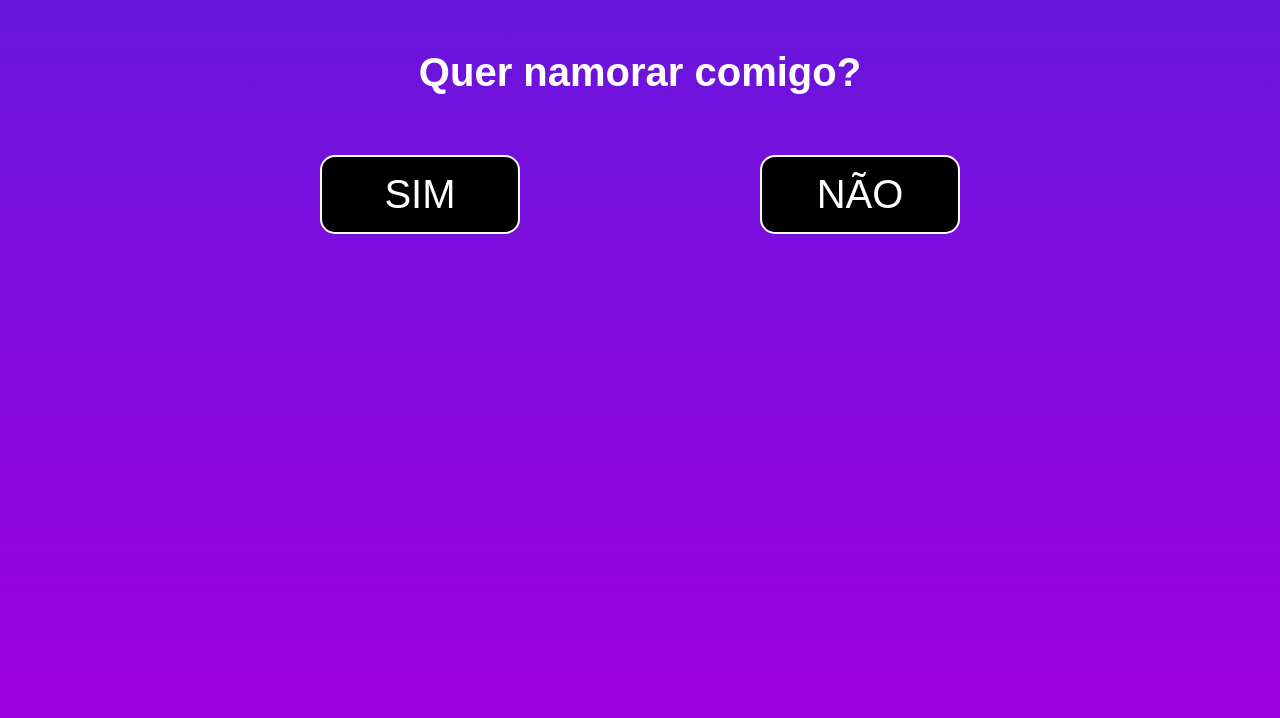
Repository: Matheus904-12/Namorar-
Page: index.html
An editor plug-in stored every save of this project. The page is shown before and after the next save, followed by the edit.
The browser window is 1280 px wide. The pictures show the whole page.

Above is the page before, as saved 2023-08-28 23:32:53.

### index.html
<!DOCTYPE html>
<html lang="en">

<head>
    <meta charset="UTF-8">
    <meta name="viewport" content="width=device-width, initial-scale=1.0">
    <title>Sim</title>

    <style>
        * {
            margin: 0;
            border: 0;
            padding: 0;
            box-sizing: border-box;
        }

        body {
            background: linear-gradient(#6815db, rgb(158, 0, 225));
            background-repeat: no-repeat;
            background-attachment: fixed;
        }

        .btn {
            color: #fff;
            background-color: #000;
            font: 300 40px 'Poppins', sans-serif;
            padding: 15px 30px;

            width: 200px;
            border-radius: 15px;
            border: 2px solid #fff;
            margin: 10px;

            cursor: pointer;
            transition: ease-in-out 0.3s;

            display: flex;
            align-items: center;
            justify-content: center;
        }

        .tituloPrincipal {
            font: 700 40px 'Poppins', sans-serif;
            color: #fff;
        }

        .titulo {
            text-align: center;
            margin: 50px 0;
        }

        .botoes {
            display: flex;
            justify-content: space-around;
            margin: 0 200px;
        }

        @media screen and (max-width: 768px) {
            .btn {
                display: flex;
                width: 100px;
                font: 300 30px 'Poppins', sans-serif;
            }

            .botoes {
                display: flex;
            }
        }
    </style>
    <script>
        function sim() {
            location.href = 'https://www.youtube.com/watch?v=0VAAS9xnS5U';
        }

        function esquivo(btn) {
            btn.style.position = 'absolute';
            btn.style.bottom = posicao(10, 80);
            btn.style.left = posicao(10, 80);
        }

        function posicao(min, max) {
            return (Math.random() * (max - min + min)) + "%"
        }
    </script>
</head>

<body>
    <div class="titulo">
        <h1 class="tituloPrincipal">Quer namorar comigo?</h1>
    </div>

    <div class="botoes">
        <div class="botaoS">
            <button class="btn" onclick="sim()">SIM</button>
        </div>
        <div class="botaoN">
            <button class="btn" onclick="esquivo(this)" onmouseover="esquivo(this)">NÃO</button>
        </div>
    </div>

</body>

</html>

After the next save:
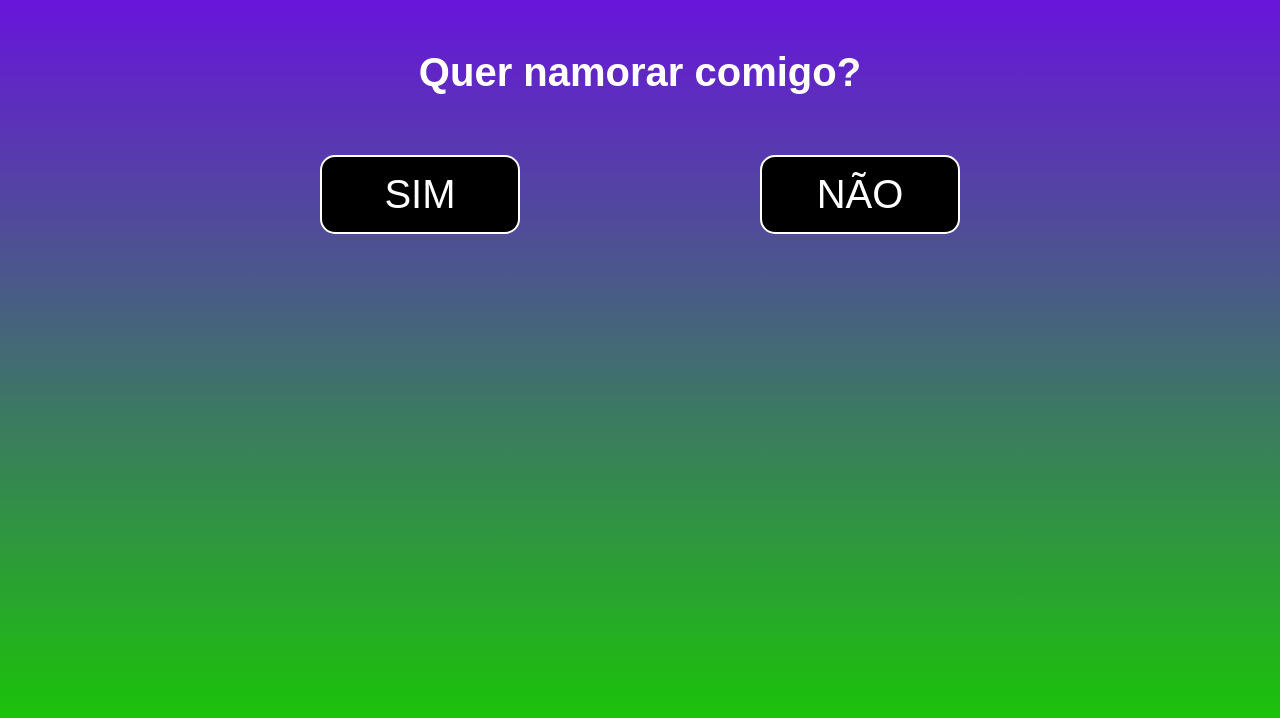
Saved 21 s later.
--- a/index.html
+++ b/index.html
@@ -15,7 +15,7 @@
         }
 
         body {
-            background: linear-gradient(#6815db, rgb(158, 0, 225));
+            background: linear-gradient(#6815db, #1bc309);
             background-repeat: no-repeat;
             background-attachment: fixed;
         }
